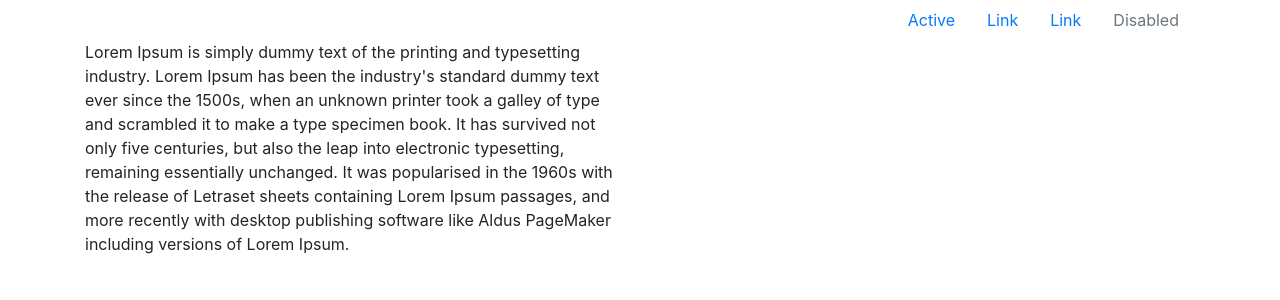
Repository: Green-Technologies-Angular/HTML
Page: index.html
These files come from the project's save history. The page is drawn as it stood at one moment and after the next save; the edit follows.
The browser window is 1280 px wide. The pictures show the whole page.
Some web libraries are served in a nearby version.

Above is the page before, as saved 2019-01-30 09:56:02.

### index.html
<!DOCTYPE html>
<html>

<head>
    <title>Title of the document</title>
    <link rel="stylesheet" href="https://stackpath.bootstrapcdn.com/bootstrap/4.2.1/css/bootstrap.min.css" integrity="sha384-GJzZqFGwb1QTTN6wy59ffF1BuGJpLSa9DkKMp0DgiMDm4iYMj70gZWKYbI706tWS"
        crossorigin="anonymous">
    <style>
        .name {
            color: red;
            border: 1px solid #ccc;
        }

        .name.clr {
            color: green;
            border: 1px solid #ccc;
        }
    </style>
</head>

<body>
    <div class="container">
        <ul class="nav justify-content-end">
            <li class="nav-item">
                <a class="nav-link active" href="#">Active</a>
            </li>
            <li class="nav-item">
                <a class="nav-link" href="#">Link</a>
            </li>
            <li class="nav-item">
                <a class="nav-link" href="#">Link</a>
            </li>
            <li class="nav-item">
                <a class="nav-link disabled" href="#" tabindex="-1" aria-disabled="true">Disabled</a>
            </li>
        </ul>
        <div class="row">
            <div class="col-xl-6">
                    Lorem Ipsum is simply dummy text of the printing and typesetting industry. Lorem Ipsum has been the industry's standard dummy text ever since the 1500s, when an unknown printer took a galley of type and scrambled it to make a type specimen book. It has survived not only five centuries, but also the leap into electronic typesetting, remaining essentially unchanged. It was popularised in the 1960s with the release of Letraset sheets containing Lorem Ipsum passages, and more recently with desktop publishing software like Aldus PageMaker including versions of Lorem Ipsum.
            </div>
        </div>
    </div>
    <script src="https://code.jquery.com/jquery-3.3.1.slim.min.js" integrity="sha384-q8i/X+965DzO0rT7abK41JStQIAqVgRVzpbzo5smXKp4YfRvH+8abtTE1Pi6jizo"
        crossorigin="anonymous"></script>
    <script src="https://cdnjs.cloudflare.com/ajax/libs/popper.js/1.14.6/umd/popper.min.js" integrity="sha384-wHAiFfRlMFy6i5SRaxvfOCifBUQy1xHdJ/yoi7FRNXMRBu5WHdZYu1hA6ZOblgut"
        crossorigin="anonymous"></script>
    <script src="https://stackpath.bootstrapcdn.com/bootstrap/4.2.1/js/bootstrap.min.js" integrity="sha384-B0UglyR+jN6CkvvICOB2joaf5I4l3gm9GU6Hc1og6Ls7i6U/mkkaduKaBhlAXv9k"
        crossorigin="anonymous"></script>
</body>

</html>

After the next save:
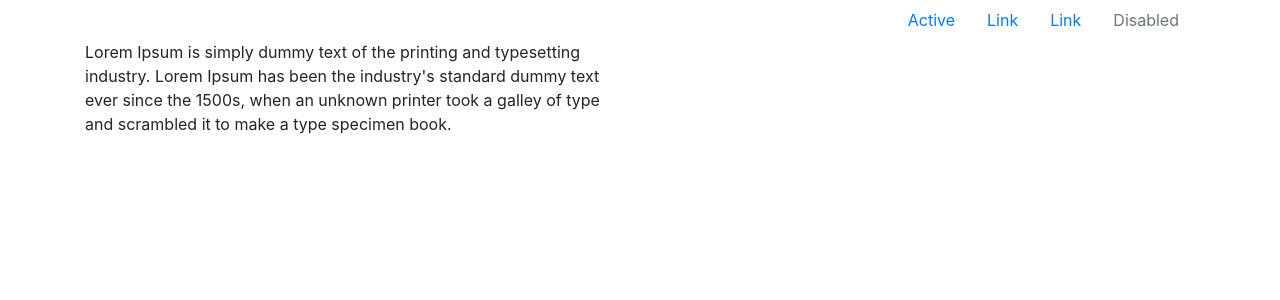
Saved 22 s later.
--- a/index.html
+++ b/index.html
@@ -36,7 +36,7 @@
         </ul>
         <div class="row">
             <div class="col-xl-6">
-                    Lorem Ipsum is simply dummy text of the printing and typesetting industry. Lorem Ipsum has been the industry's standard dummy text ever since the 1500s, when an unknown printer took a galley of type and scrambled it to make a type specimen book. It has survived not only five centuries, but also the leap into electronic typesetting, remaining essentially unchanged. It was popularised in the 1960s with the release of Letraset sheets containing Lorem Ipsum passages, and more recently with desktop publishing software like Aldus PageMaker including versions of Lorem Ipsum.
+                    Lorem Ipsum is simply dummy text of the printing and typesetting industry. Lorem Ipsum has been the industry's standard dummy text ever since the 1500s, when an unknown printer took a galley of type and scrambled it to make a type specimen book.
             </div>
         </div>
     </div>
